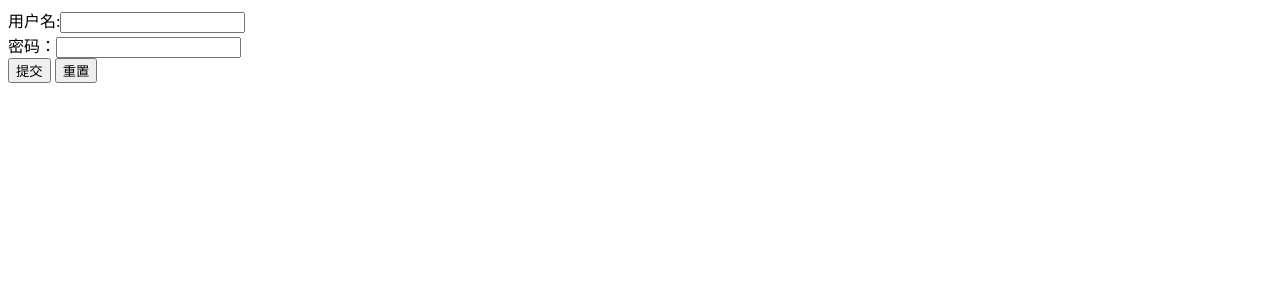
Repository: shunchensaber/Javaweb
Page: Web/WebContent/WebText1.html
The author's editor kept a copy of each file at every save. The page is drawn from the files as they stood at one save, then again after the next save.
The browser window is 1280 px wide. The pictures show the whole page.

Above is the page before, as saved 2019-03-24 08:15:46.

After the next save:
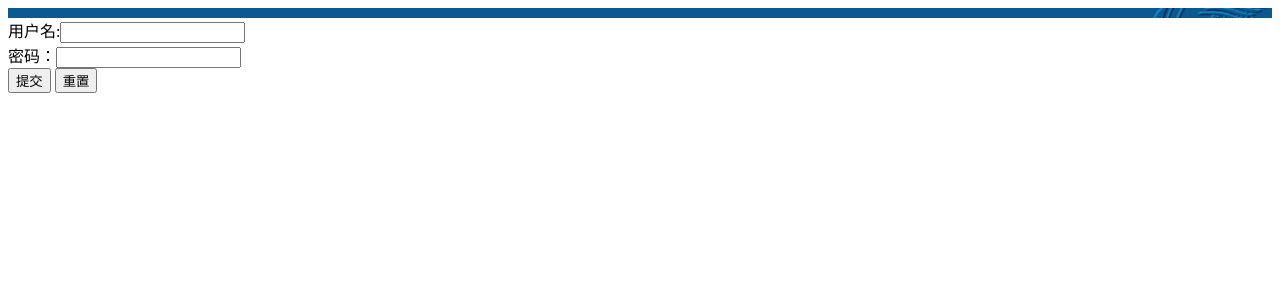
Saved 3 min 35 s later.
--- a/Web/WebContent/css/zuoye.css
+++ b/Web/WebContent/css/zuoye.css
@@ -5,3 +5,14 @@
 	  min-width:1200px;
            margin:0 auto;
 }
+#header
+{
+	background-color: green;
+	text-align: center;
+	margin: 0px;
+	padding: 5px;
+	font-family:serif;
+	font-size: 90%;
+	background-image: url("image/header_bg.jpg");
+
+}

After the save that followed:
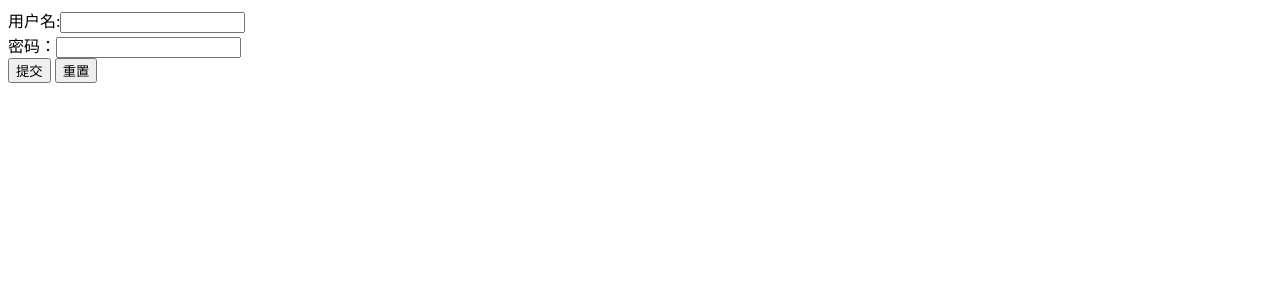
Saved 3 min 17 s later.
--- a/Web/WebContent/WebText1.html
+++ b/Web/WebContent/WebText1.html
@@ -8,7 +8,7 @@
 <title>用户登录</title>
 </head>
 <body>
-<div id=header></div>
+<div class=header>
 <form action="">
 用户名:<input type ="text" name = "name">
 <br>
@@ -17,6 +17,7 @@
 <button type="submmit" name ="subbmit">提交</button>
 <button tyoe ="reset" name ="reset">重置</button>
 </form>
+</div>
 
 </body>
 </html>
